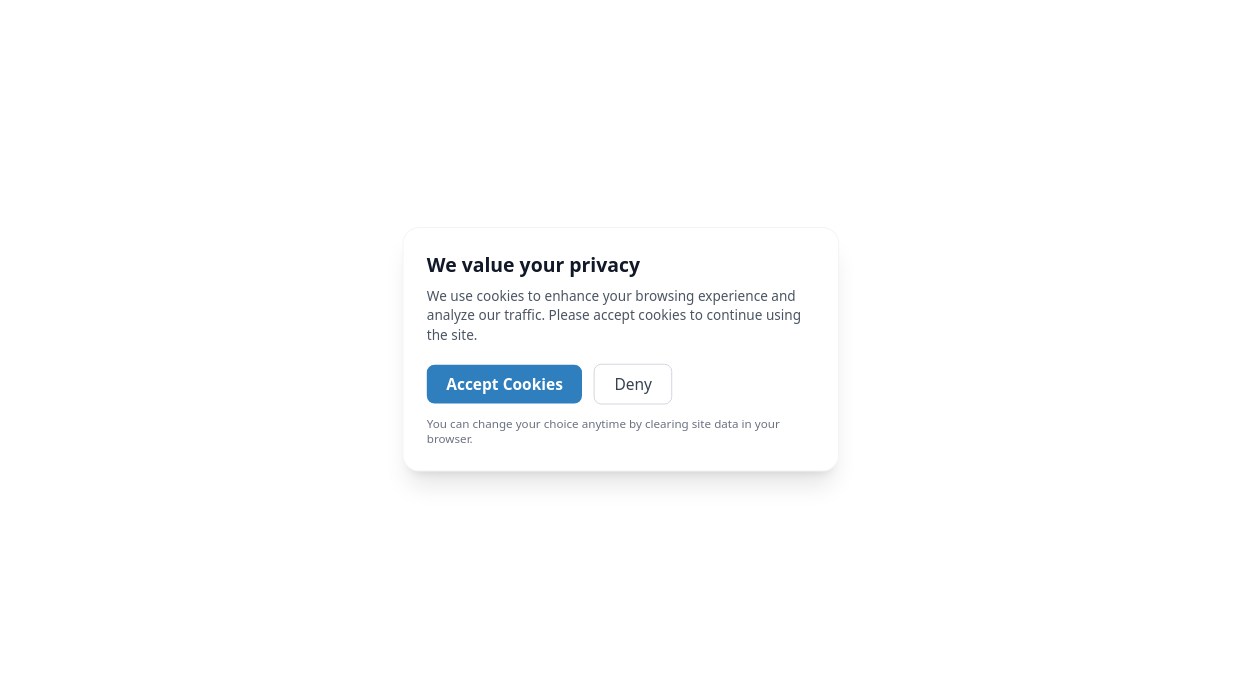
Repository: sailochan19171/tinku-co-pet-nutrition-website-
Page: /find-recipe (app in project/)
The author's editor kept a copy of each file at every save. The page is drawn from the files as they stood at one save, then again after the next save.
The browser window is 1280 px wide. The pictures show the whole page, at 97% of full size.
The page's requests for data from a server got no answer. An inner scrolling area shows only its first screen. The project was rebuilt for these pictures with package versions that can differ from the ones it lists, and the page was loaded fresh each time. No one was signed in, and anything a server would have sent is missing. Also part of the build but not shown: project/vite.config.ts, project/src/components/AuthModal.tsx, project/src/components/Hero.tsx, project/src/components/ProductCategories.tsx, project/src/components/Muscles.tsx, project/src/components/HealthBenefits.tsx, project/src/components/NutritionScience.tsx, project/src/components/NutritionGuide.tsx and 5 more.

Above is the page before, as saved 2025-09-14 10:57:16.

After the next save:
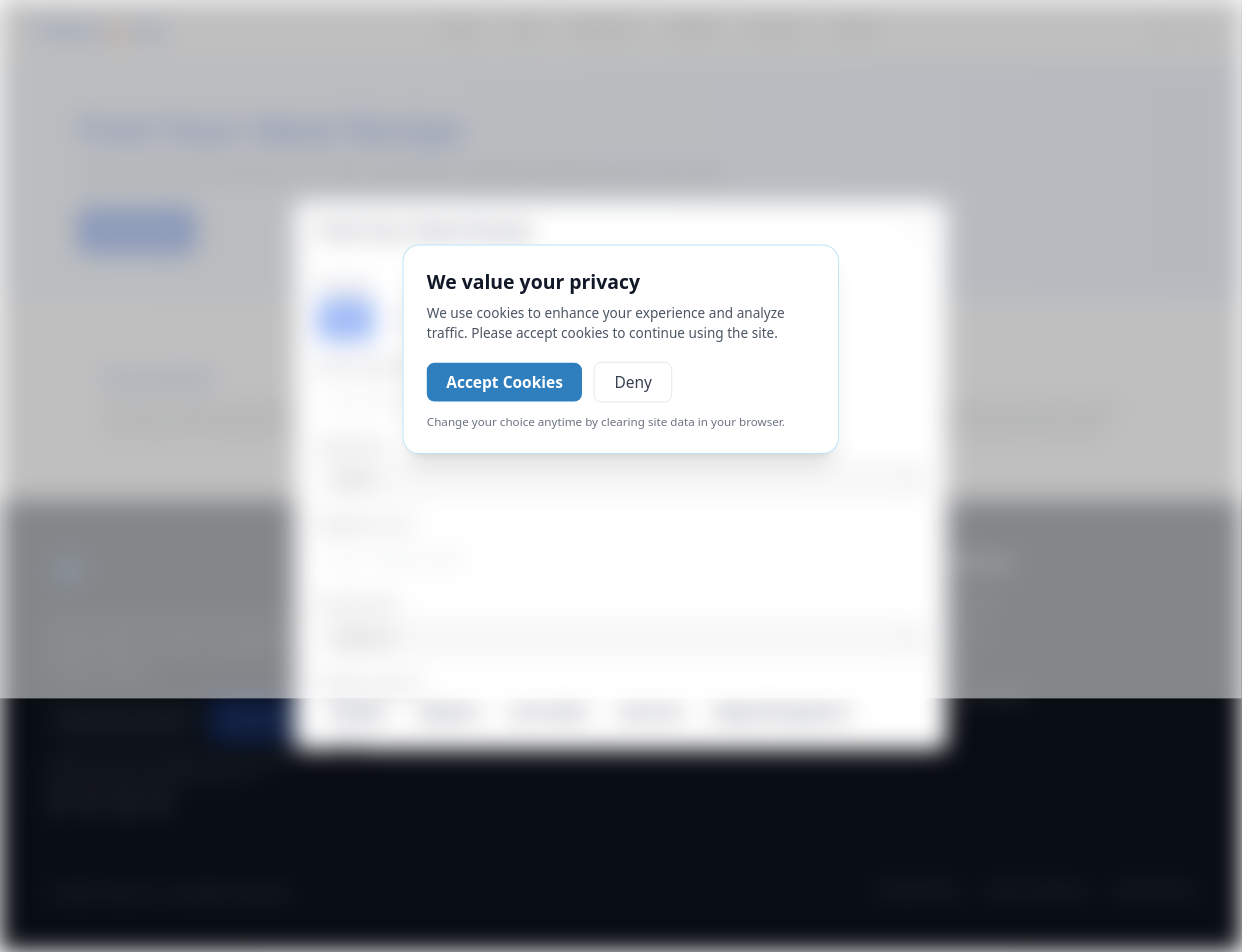
Saved 62 s later.
--- a/project/src/components/CookieGate.tsx
+++ b/project/src/components/CookieGate.tsx
@@ -1,12 +1,11 @@
 import React, { useEffect, useState } from 'react';
 
-// A hard gate that prevents app rendering until cookies are accepted.
-// Stores a signed-style marker in localStorage (no real crypto, just a simple token).
+// Cookie gate overlays the main screen: shows blurred app behind a centered cookie card
+// and a big animated logo until user accepts.
 
 const STORAGE_KEY = 'tinku.cookie.consent.v1';
 
 function generateToken() {
-  // Simple pseudo-token; for real signing, use server.
   return 'consented.' + Math.random().toString(36).slice(2) + '.' + Date.now();
 }
 
@@ -18,48 +17,74 @@ const CookieGate: React.FC<{ children: React.ReactNode }> = ({ children }) => {
     setConsented(Boolean(existing));
   }, []);
 
-  if (consented) {
-    return <>{children}</>;
-  }
-
   if (consented === null) {
     // first render before we check storage
     return null;
   }
 
   return (
-    <div className="fixed inset-0 z-[1100] flex items-center justify-center bg-white">
-      <div className="max-w-md mx-auto p-6 rounded-2xl shadow-xl ring-1 ring-gray-100 bg-white">
-        <h2 className="text-xl font-semibold text-gray-900">We value your privacy</h2>
-        <p className="mt-2 text-sm text-gray-600">
-          We use cookies to enhance your browsing experience and analyze our traffic. Please accept cookies to continue using the site.
-        </p>
-        <div className="mt-5 flex items-center gap-3">
-          <button
-            className="btn-primary px-5 py-2 rounded-lg"
-            onClick={() => {
-              const token = generateToken();
-              localStorage.setItem(STORAGE_KEY, token);
-              setConsented(true);
-            }}
-          >
-            Accept Cookies
-          </button>
-          <button
-            className="inline-flex items-center justify-center px-5 py-2 rounded-lg border border-gray-300 text-gray-700 hover:bg-gray-50"
-            onClick={() => {
-              // Deny keeps the gate; user cannot access the site.
-              // Optionally, you could redirect to an info page.
-              alert('You must accept cookies to use this website.');
-            }}
-          >
-            Deny
-          </button>
+    <div className="relative">
+      {/* Main app content - blurred and non-interactive until consent */}
+      <div className={!consented ? 'pointer-events-none select-none filter blur-sm md:blur-md' : ''}>
+        {children}
+      </div>
+
+      {/* Overlay only when not consented */}
+      {!consented && (
+        <div className="fixed inset-0 z-[1100] flex items-center justify-center bg-white/50 backdrop-blur-sm">
+          {/* Big animated logo behind the consent card */}
+          <div className="absolute inset-0 flex items-center justify-center">
+            <img
+              src="/tinku-logo.png"
+              alt="Loading"
+              className="w-44 h-44 md:w-56 md:h-56 opacity-90 animate-[splash-bounce_1.2s_ease-in-out_infinite]"
+            />
+          </div>
+
+          {/* Consent card */}
+          <div className="relative z-[1110] max-w-md mx-auto p-6 rounded-2xl shadow-xl ring-1 ring-brand-tint2 bg-white">
+            <h2 className="text-xl font-semibold text-gray-900">We value your privacy</h2>
+            <p className="mt-2 text-sm text-gray-600">
+              We use cookies to enhance your experience and analyze traffic. Please accept cookies to continue using the site.
+            </p>
+            <div className="mt-5 flex items-center gap-3">
+              <button
+                className="btn-primary px-5 py-2 rounded-lg"
+                onClick={() => {
+                  const token = generateToken();
+                  localStorage.setItem(STORAGE_KEY, token);
+                  setConsented(true);
+                }}
+              >
+                Accept Cookies
+              </button>
+              <button
+                className="inline-flex items-center justify-center px-5 py-2 rounded-lg border border-gray-200 text-gray-700 hover:bg-gray-50"
+                onClick={() => {
+                  // Keep blurred/overlay if denied
+                  // Optionally redirect or show more info
+                }}
+              >
+                Deny
+              </button>
+            </div>
+            <p className="mt-3 text-xs text-gray-500">
+              Change your choice anytime by clearing site data in your browser.
+            </p>
+          </div>
+
+          {/* Custom keyframes for the logo pulse */}
+          <style>
+            {`
+            @keyframes splash-bounce {
+              0% { transform: scale(0.9); opacity: 0.85; }
+              50% { transform: scale(1.06); opacity: 1; }
+              100% { transform: scale(0.9); opacity: 0.85; }
+            }
+            `}
+          </style>
         </div>
-        <p className="mt-3 text-xs text-gray-500">
-          You can change your choice anytime by clearing site data in your browser.
-        </p>
-      </div>
+      )}
     </div>
   );
 };
